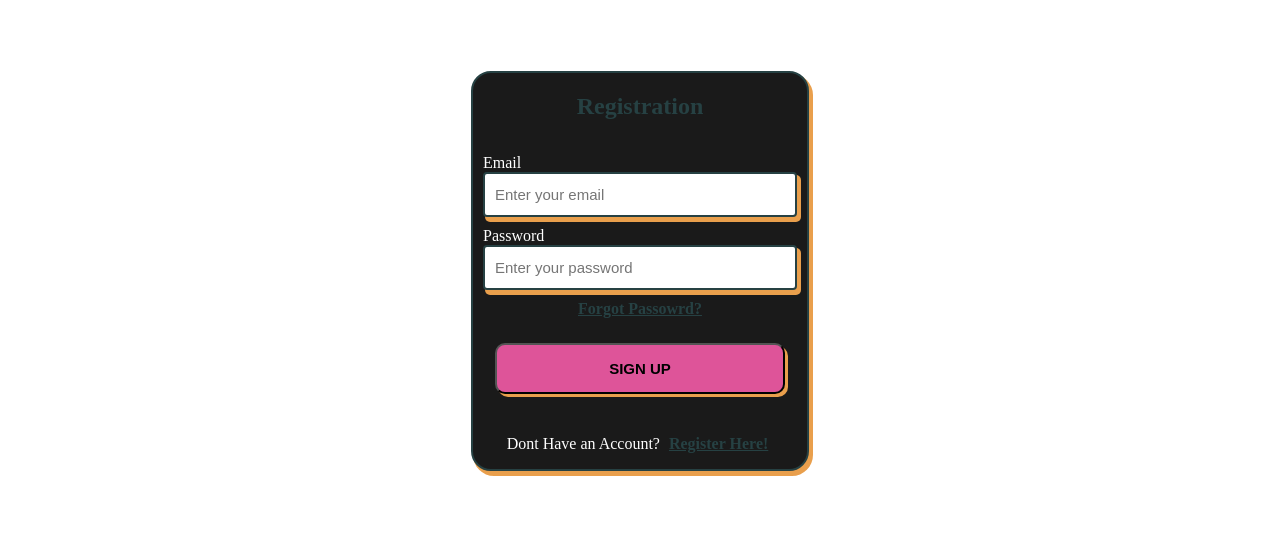
Repository: PeruriNaresh/Bank_Project
Page: http://localhost/bank_project/
The author's editor kept a copy of each file at every save. The page is drawn from the files as they stood at one save, then again after the next save.
The browser window is 1280 px wide. The pictures show the whole page.
The page is served by Tomcat 9.

Above is the page before, as saved 2024-10-24 12:58:49.

After the next save:
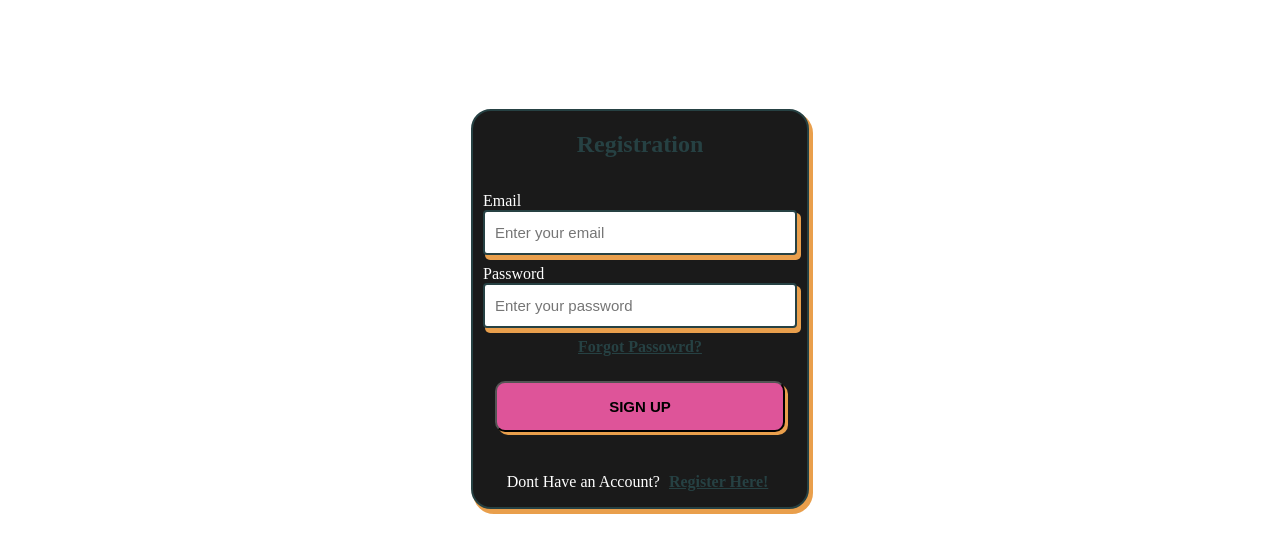
Saved 15 s later.
--- a/bank_project/src/main/webapp/index.jsp
+++ b/bank_project/src/main/webapp/index.jsp
@@ -17,7 +17,7 @@
 }
 
 .form_area {
-	margin-top:5%;
+  margin-top:8%;
   display: flex;
   justify-content: center;
   align-items: center;
